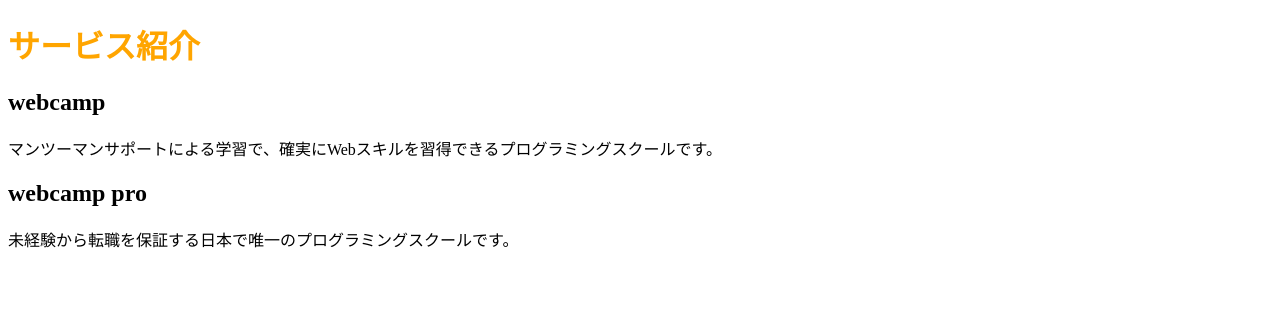
Repository: RAM-OK/git-practice
Page: servise.html
The author's editor kept a record of every edit. The page is drawn from the files as they stood at one moment, then again after the next edit.
The browser window is 1280 px wide. The pictures show the whole page.

Above is the page before.

After the next edit:
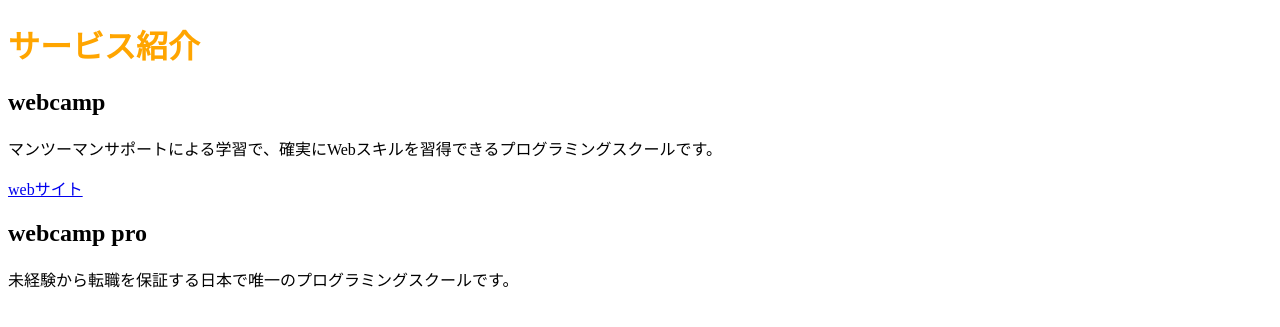
The edit:
--- a/servise.html
+++ b/servise.html
@@ -9,7 +9,7 @@
     <h1>サービス紹介</h1>
     <h2>webcamp</h2>
     <p>マンツーマンサポートによる学習で、確実にWebスキルを習得できるプログラミングスクールです。</p>
-    <a href="https://web-camp.io"></a>
+    <a href="https://web-camp.io">webサイト</a>
     <h2>webcamp pro</h2>
     <p>未経験から転職を保証する日本で唯一のプログラミングスクールです。</p>
     <a href="https.//web-camp.io/pro/"></a>
